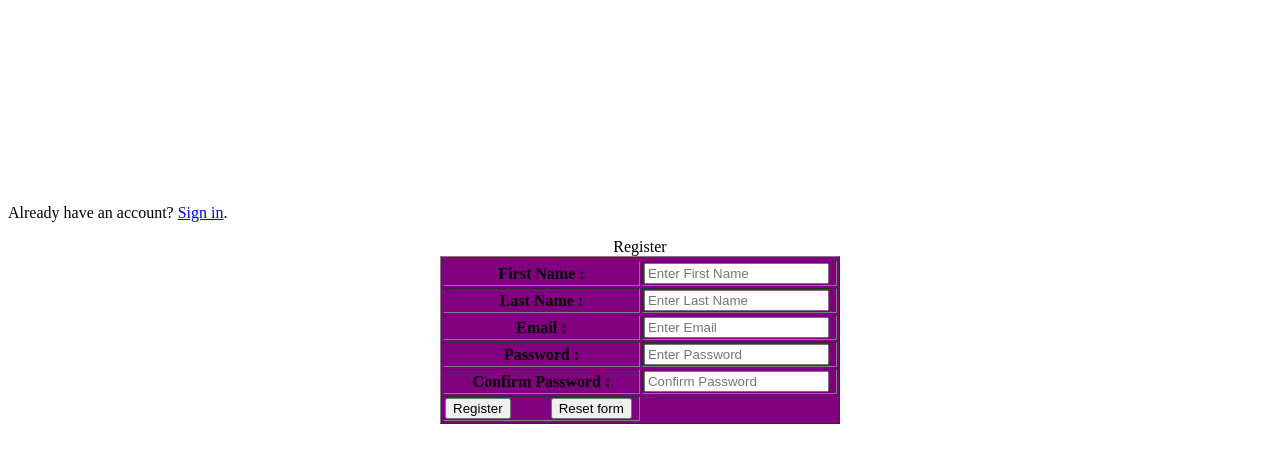
Repository: 1919satya/Mode2
Page: sample/sample/WebContent/sample.html
The author's editor kept a copy of each file at every save. The page is drawn from the files as they stood at one save, then again after the next save.
The browser window is 1280 px wide. The pictures show the whole page.

Above is the page before, as saved 2019-10-10 12:59:49.

After the next save:
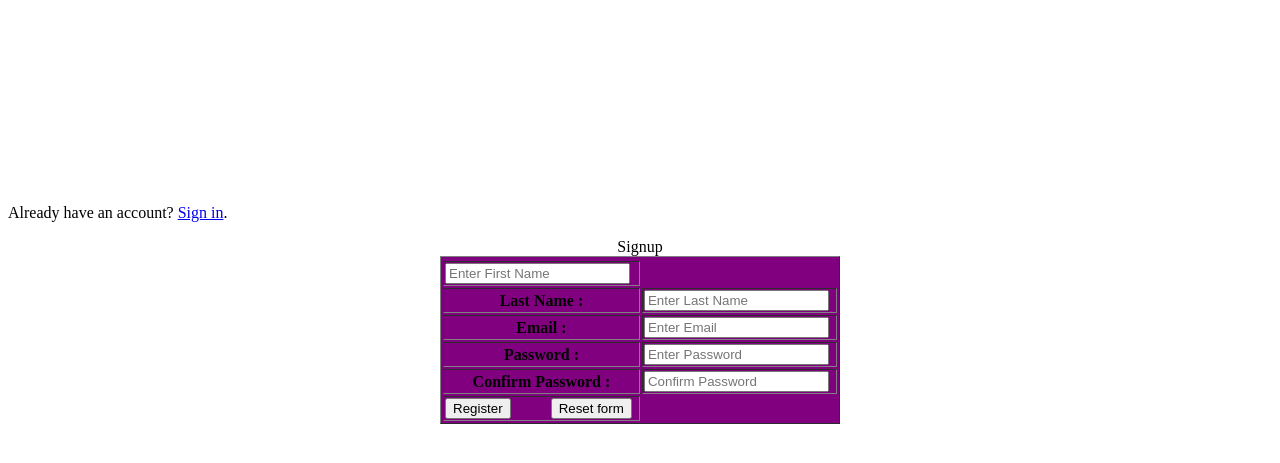
Saved 2 min 5 s later.
--- a/sample/sample/WebContent/sample.html
+++ b/sample/sample/WebContent/sample.html
@@ -11,8 +11,8 @@
 <table border="1" align="center" width="400" bgcolor="purple" >
 
   <tr>
-    <caption>Register</caption>
-    <th>First Name :</th>
+    <caption>Signup</caption>
+
    <td><input type="text" placeholder="Enter First Name" name="firstName"  required></td><br/><br/>
    </tr>
 
